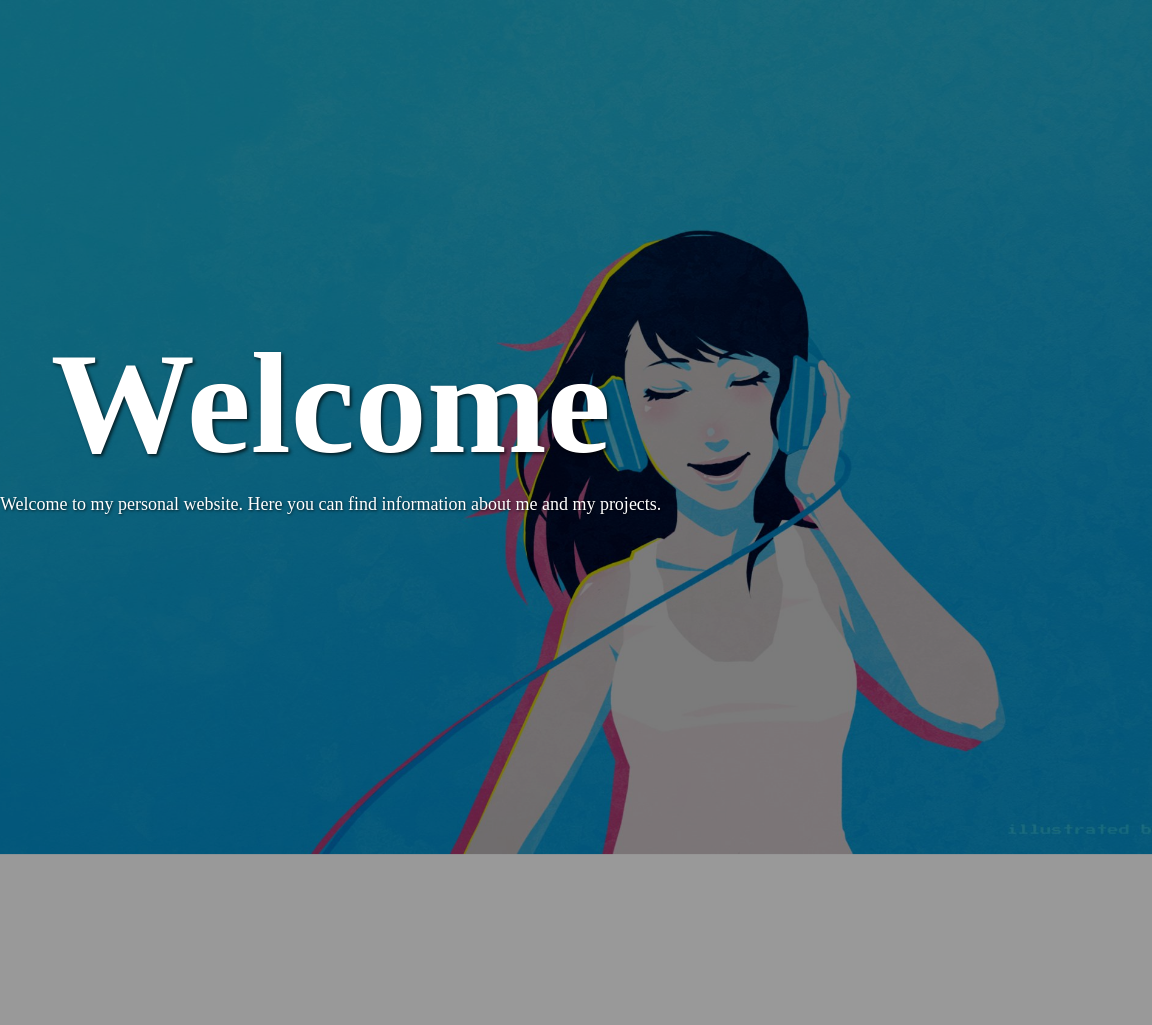
Repository: cydxf/cydxf.github.io
Page: index.html
These files come from the project's save history. The page is drawn as it stood at one moment and after the next save; the edit follows.
The browser window is 1280 px wide. The pictures show the whole page, at 90% of full size.

Above is the page before, as saved 2024-08-02 01:57:00.

After the next save:
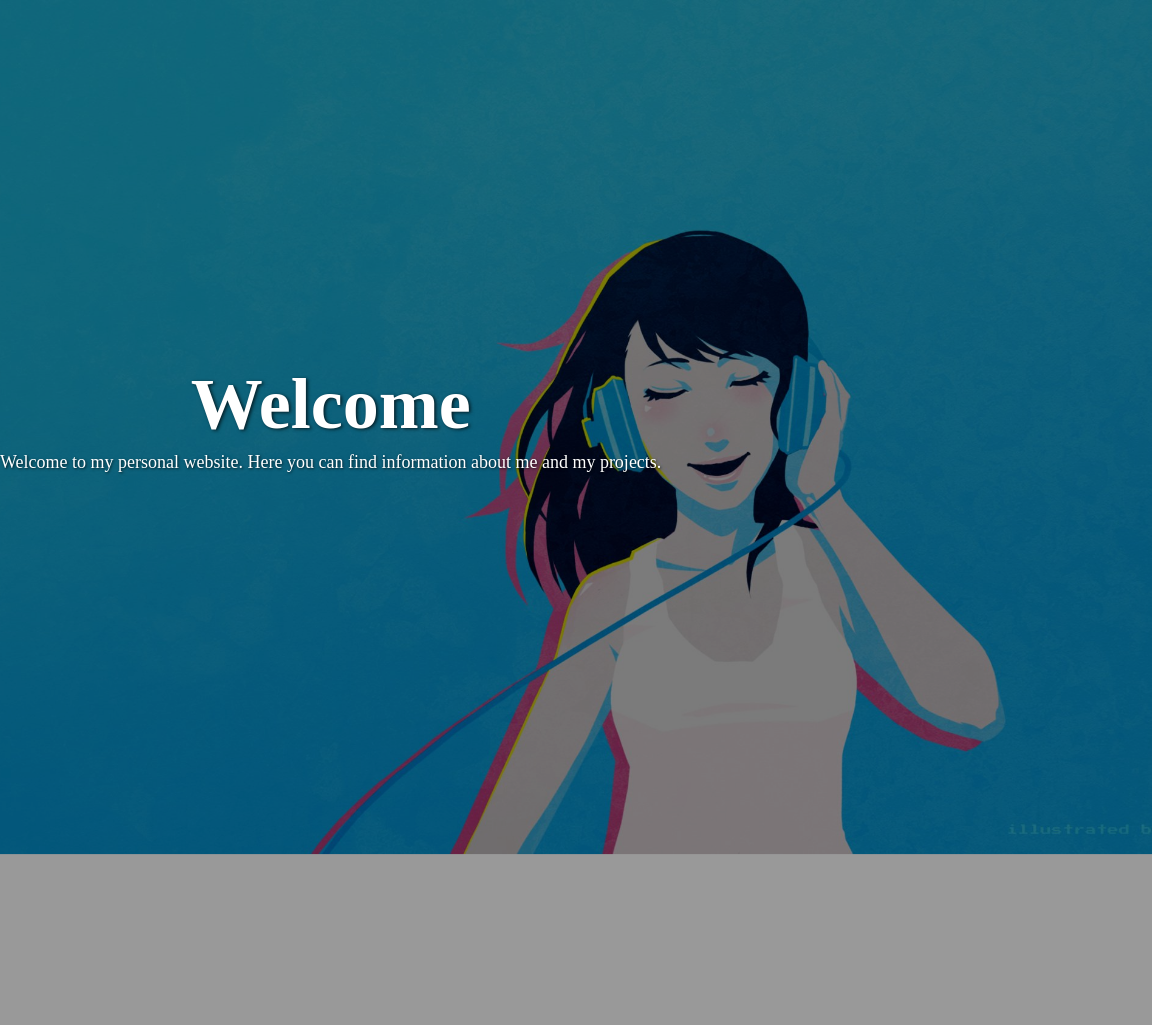
Saved 10 s later.
--- a/css/styles.css
+++ b/css/styles.css
@@ -40,7 +40,7 @@ body, html {
 }
 
 .hero h1 {
-    font-size: 10rem; /* 适当调整标题字体大小 */
+    font-size: 5rem; /* 适当调整标题字体大小 */
     margin: 0;
     padding: 0;
     text-shadow: 2px 2px 4px rgba(0, 0, 0, 0.7); /* 添加文本阴影使其更清晰 */
